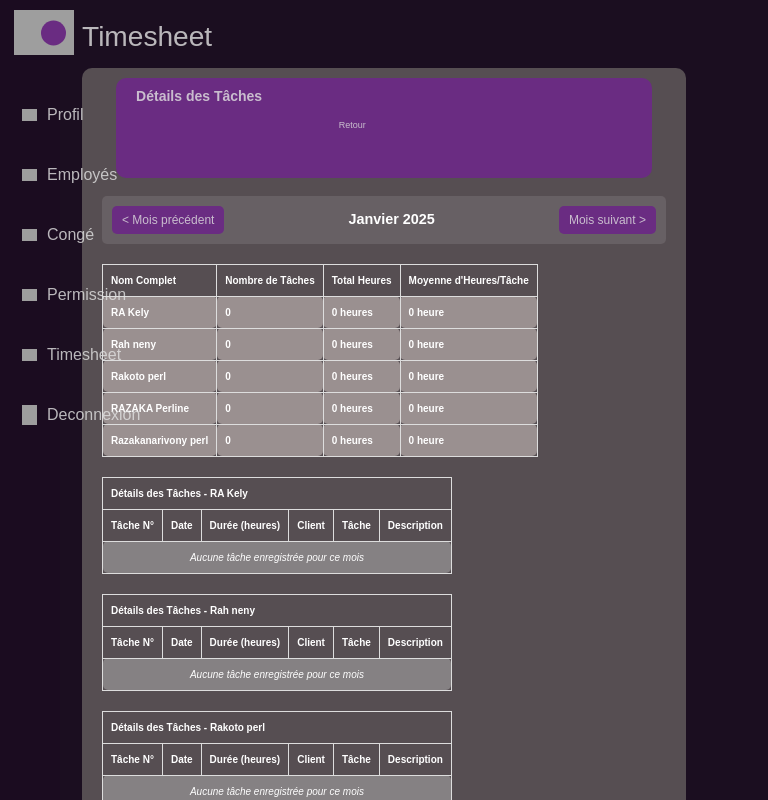
Repository: Fandresena19/Gestion-employe
Page: http://localhost/phpmailer/Assets/responsable/vue/detail_timesheet.php?mois=1&annee=2025
These files come from the project's save history. The page is drawn as it stood at one moment and after the next save; the edit follows.
The browser window is 768 px wide. The pictures show the whole page.
Pictures or frames that could not be fetched are drawn as grey boxes. An inner scrolling area shows only its first screen. Some web fonts or font styles are not loaded; a fallback is used. The page is run by PHP 8.4 with error messages shown; the project is at /var/www/html/. The database holds what the project's SQL file puts in it.

Above is the page before, as saved 2025-05-12 10:57:29.

After the next save:
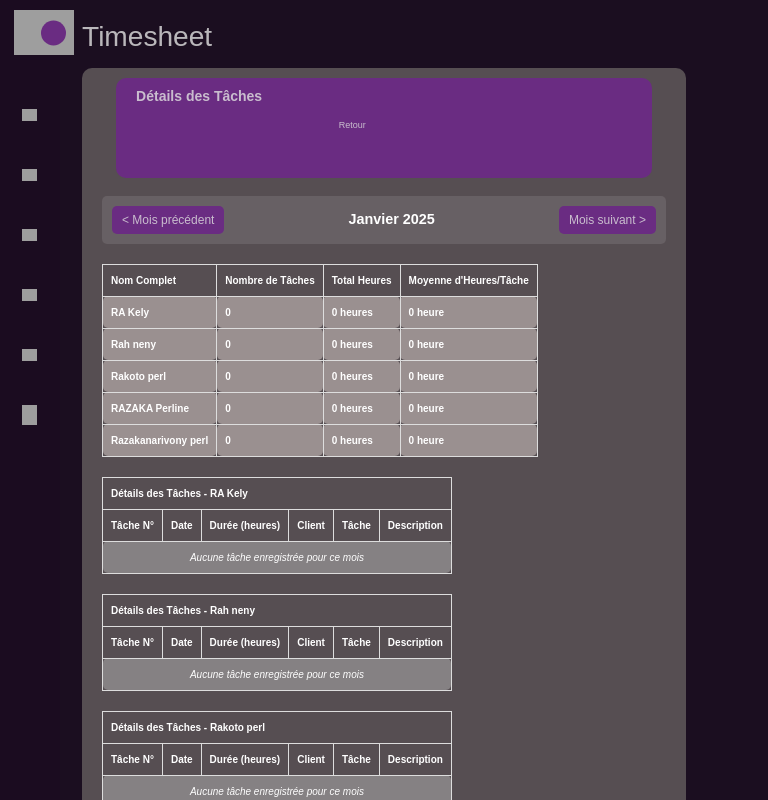
Saved 27 s later.
--- a/Assets/css/style_nav.css
+++ b/Assets/css/style_nav.css
@@ -181,7 +181,7 @@ header .image-text .header-text{
     }
 
     .sidebar .text,
-    .sidebar .menu ul a li .Stexte {
+    .sidebar .menu ul a li span {
         opacity: 0;
     }
 
@@ -194,7 +194,7 @@ header .image-text .header-text{
         right: -20px;
     }
 .contenu{
-    width: calc(100% - 60px);
+    width: 100%;
 }
     .dashboard {
         left: 0px;
@@ -211,12 +211,8 @@ header .image-text .header-text{
     }
 
     .sidebar .text,
-    .sidebar .menu ul a li .Stexte {
+    .sidebar .menu ul a li span {
         opacity: 0;
-    }
-
-    .siderbar .menu ul a .notification-badge .badge{
-        opacity: 1 !important;
     }
 
     .sidebar .nav-links li img {
